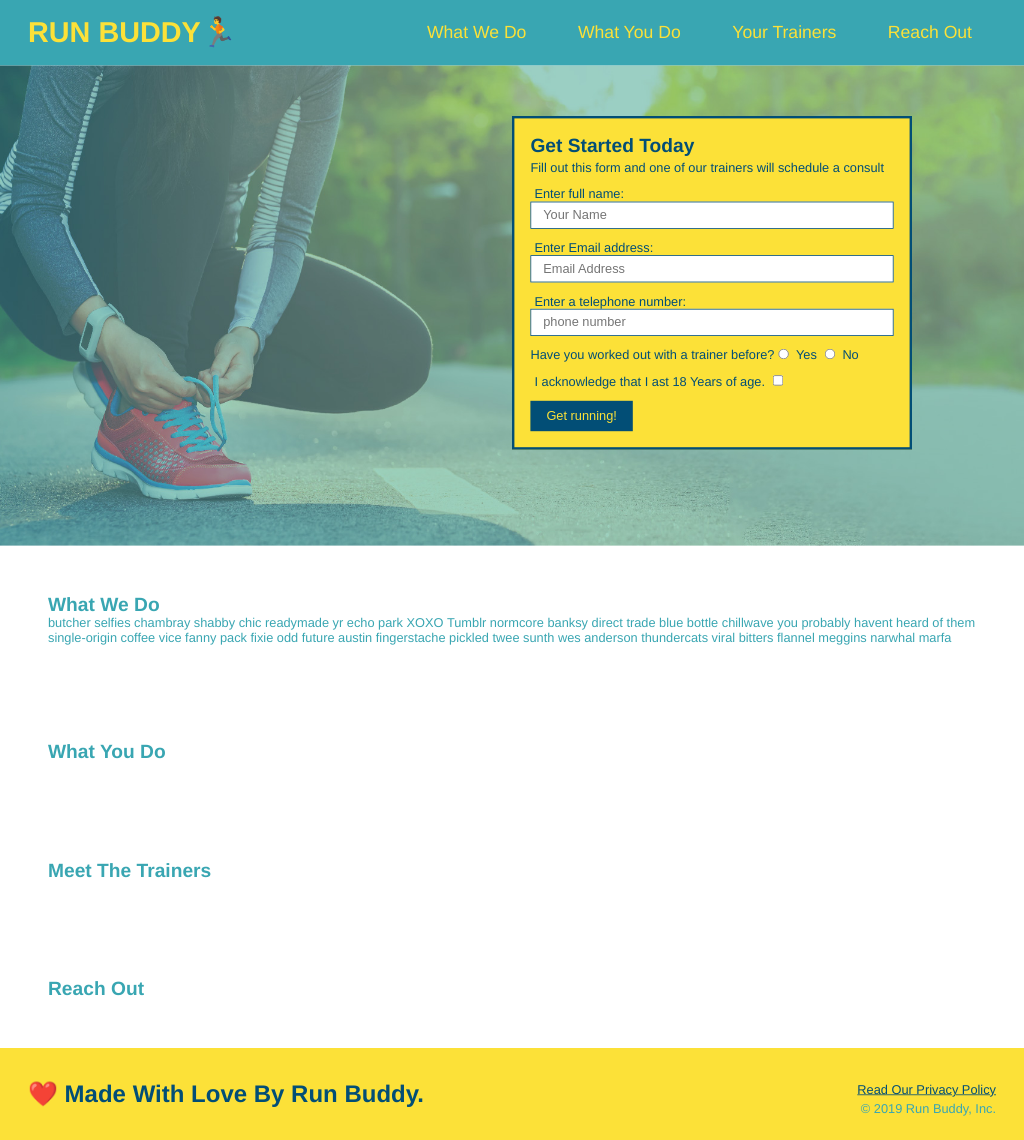
Repository: pilar122/run-buddy
Page: index.html
An editor plug-in stored every save of this project. The page is shown before and after the next save, followed by the edit.
The browser window is 1280 px wide. The pictures show the whole page, at 80% of full size.

Above is the page before, as saved 2023-01-22 07:46:11.

After the next save:
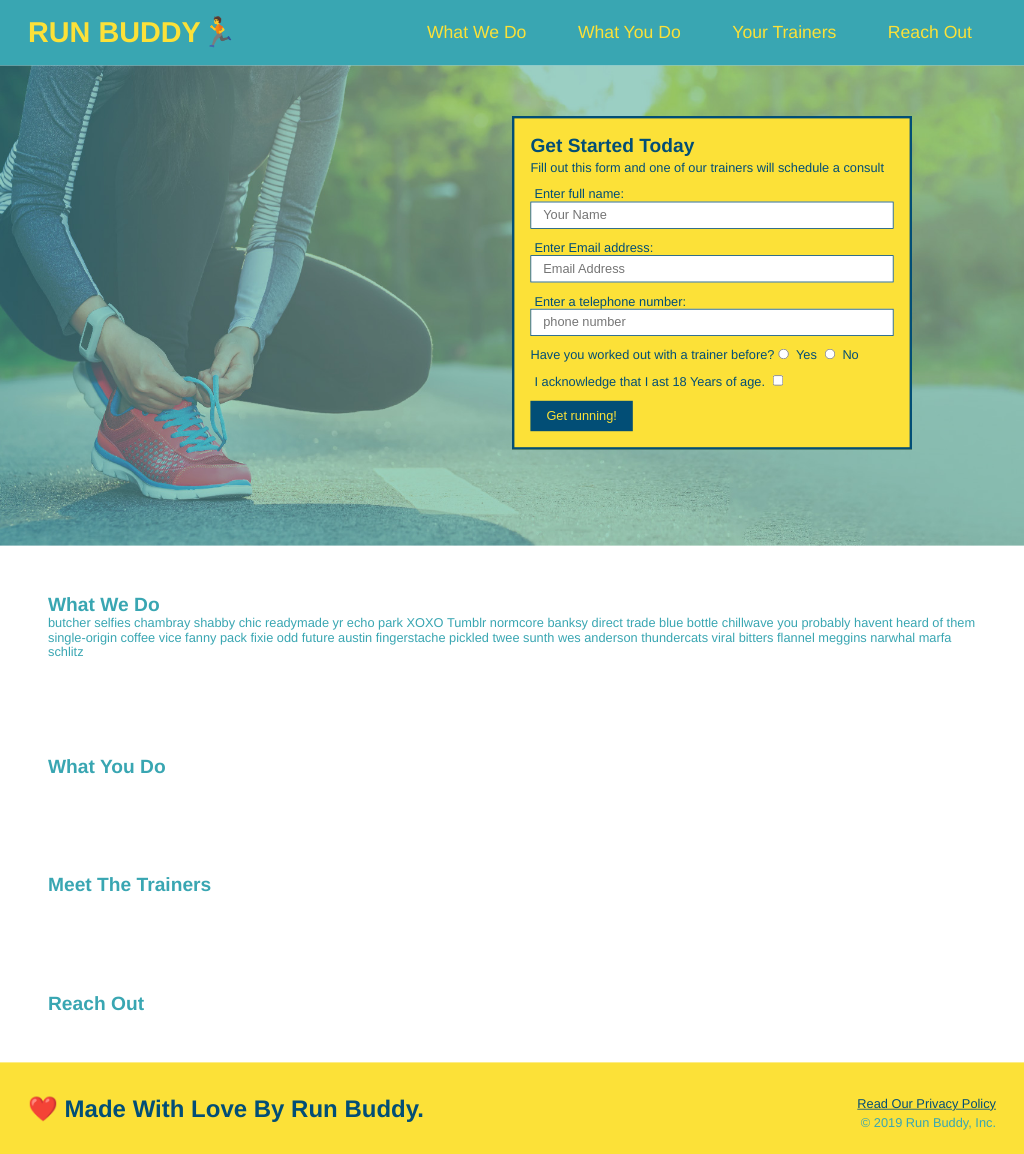
Saved 4 s later.
--- a/index.html
+++ b/index.html
@@ -72,7 +72,7 @@
         <section>
             <h2>What We Do</h2>
             <p>
-                butcher selfies chambray shabby chic readymade yr echo park XOXO Tumblr normcore banksy direct trade blue bottle chillwave you probably havent heard of them single-origin coffee vice fanny pack fixie odd future austin fingerstache pickled twee sunth wes anderson thundercats viral bitters flannel meggins narwhal marfa
+                butcher selfies chambray shabby chic readymade yr echo park XOXO Tumblr normcore banksy direct trade blue bottle chillwave you probably havent heard of them single-origin coffee vice fanny pack fixie odd future austin fingerstache pickled twee sunth wes anderson thundercats viral bitters flannel meggins narwhal marfa schlitz
             </p>
         </section>
 
